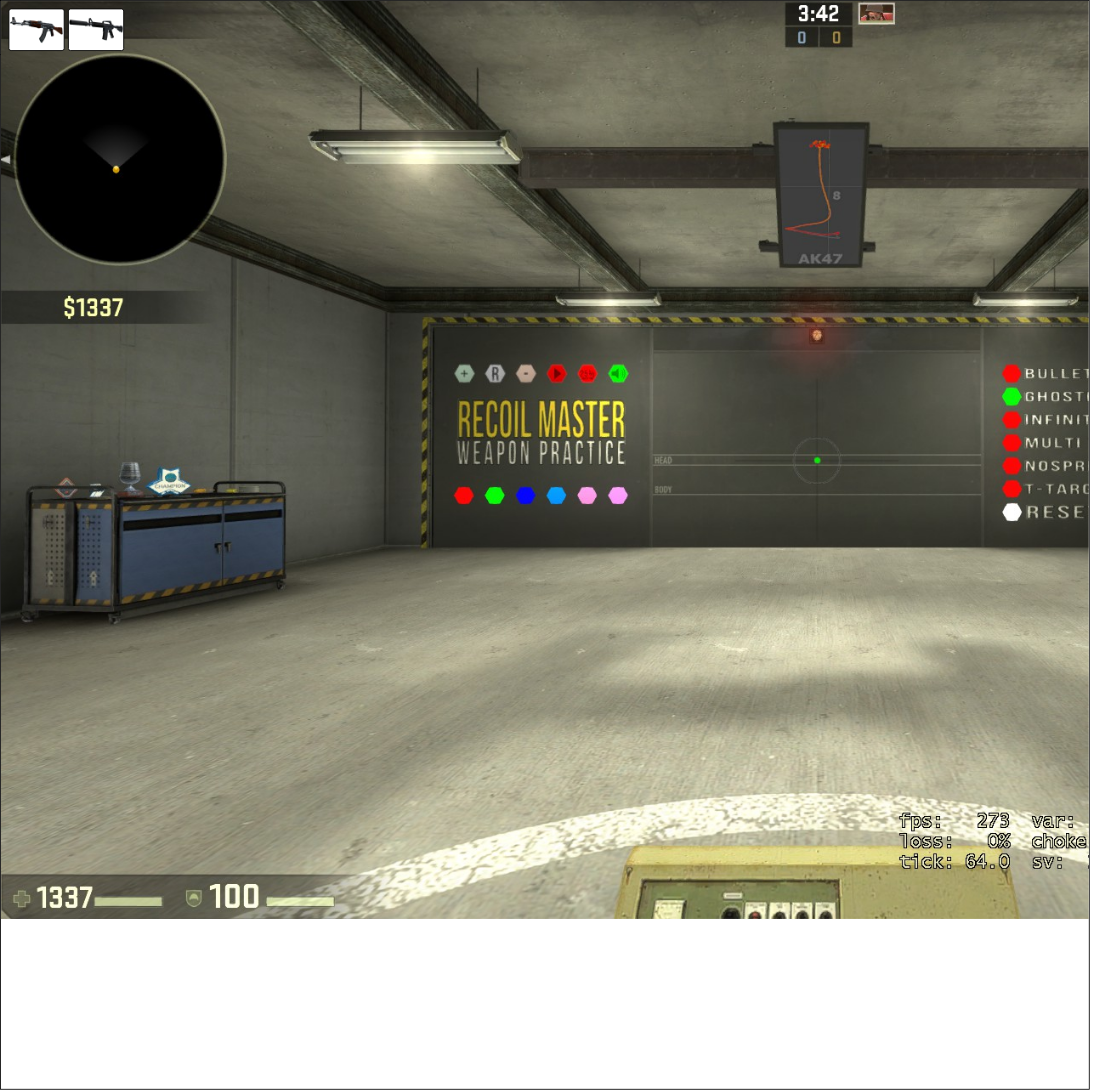
Repository: JerAguilon/GunSprayer
Page: Eclipse/SprayAndPray/index.html
The author's editor kept a copy of each file at every save. The page is drawn from the files as they stood at one save, then again after the next save.
The browser window is 1280 px wide. The page is 1282 px wide, then 1290 px, so the pictures cover 1290 px, including what lies to the right of the window. The pictures show the whole page, at 85% of full size.

Above is the page before, as saved 2015-08-01 09:26:08.

### Eclipse/SprayAndPray/index.html
<!DOCTYPE html>
<html lang = "en">

<head>
	<title>Spray and pray</title>
	<link rel="stylesheet" href="css/styles.css">
</head>

<body>
	<div>
		<img src = "images/ak47.png" class = "guns"/>
		<img src = "images/m4a1-s.png" class = "guns"/>
	</div>

	<div>
		<canvas id="canvas">Your browser doesn't support HTML5.</canvas>
	</div>

<!-- 	<form> -->

<!-- <!-- 		Sensitivity: <br> --> -->
<!-- 		<input type = "text" name = "sensitivty"/> -->
<!-- 	</form> -->

	<script type=text/javascript src ="js/main.js"></script>
	<noscript>Javascript not supported</noscript>


	<div class = "nocursor"></div>


</body>
</html>

### Eclipse/SprayAndPray/css/styles.css
body{
	margin: 0;

}.guns {
   border:1px solid #000000;
   border-radius:3px;
   width: 5%;
   height:auto;
   position:relative;
   top:10px;
   left:10px;
   z-index:2;
   background-color: #ffffff;
} canvas{
	border:1px solid #000000;
	display: block;
	position:absolute;
	top:0px;
	left:0px
	z-index:1;
} form {
	position:relative;
	top:20px;
	left:10px;
	z-index:2;
	color: #ffffff;
}

### Eclipse/SprayAndPray/js/main.js
var canvas = document.getElementById('canvas');
var context = canvas.getContext('2d');

canvas.width=window.innerWidth;
canvas.height=window.innerWidth;

make_base();
function make_base(){
	base_image = new Image();
	base_image.src = 'images/16-9.jpg';
	base_image.onload = function(){
		context.drawImage(base_image, 0,0);
	}
}



//gun data
var ak = [[0,0],[-2,0],[-18,1],[-19,2],[-29,3],[-43,3],[-58,7],[-71,11],[-79,10],[-86,4],
            [-88,-8],[-89,-17],[-92,-24],[-93,-30],[-92,-33],[-93,-33],[-96,-24],[-98,-13],[-100,-1],[-99,12],
            [-99,18],[-98,20],[-98,19],[-101,18],[-103,19],[-104,20],[-104,19],[-103,11],[-102,-3],[-97,-21]];
var akFireRate = 10;

normalizer = 1.6
for(i = 0; i < ak.length;i++){
	for(j = 0;j<2;j++){
		ak[i][j] = ak[i][j] * normalizer
	}
}

//gun shit here
var i = 0;
var radius = 3;
var firing = false;
var sensitivity = 1.2;

var currentX = null;
var currentY = null;
var originX = null;
var originY = null;


//document.body.onmousedown = function() {
//	  firing = true;
//}
//document.body.onmouseup = function() {
//	  firing = false;
//}
function onMouseUpdate(e){
	currentX = e.pageX;
	currentY = e.pageY;
}

var engage = function(e){
	firing = true;
	originX = e.pageX;
	originY = e.pageY;
	document.body.style.cursor = 'none';
}
setInterval( function() {fireBullet(currentX,currentY)}, 100 );


var fireBullet = function(x,y){
	if(firing){
		context.beginPath();
	    context.fillStyle = 'red';
		context.arc((sensitivity/2.63) * (x-originX)+originX - ak[i][1], (sensitivity/2.63) * (y-originY)+originY +ak[i][0], radius, 0, Math.PI*2);
		context.fill();
		var audio = new Audio('sounds/ak.mp3');
		audio.play();
		if(i < 29){
			i++;
		} else if (i == 29){
			i=0;
			firing = false;
			document.body.style.cursor = 'pointer';
		}
	}
}

var ceasefire = function(){
	firing = false ;
	document.body.style.cursor = 'pointer';
	i=0;

}

canvas.addEventListener('mousedown', engage);
canvas.addEventListener('mousemove', onMouseUpdate);
canvas.addEventListener('mouseup',ceasefire);

After the next save:
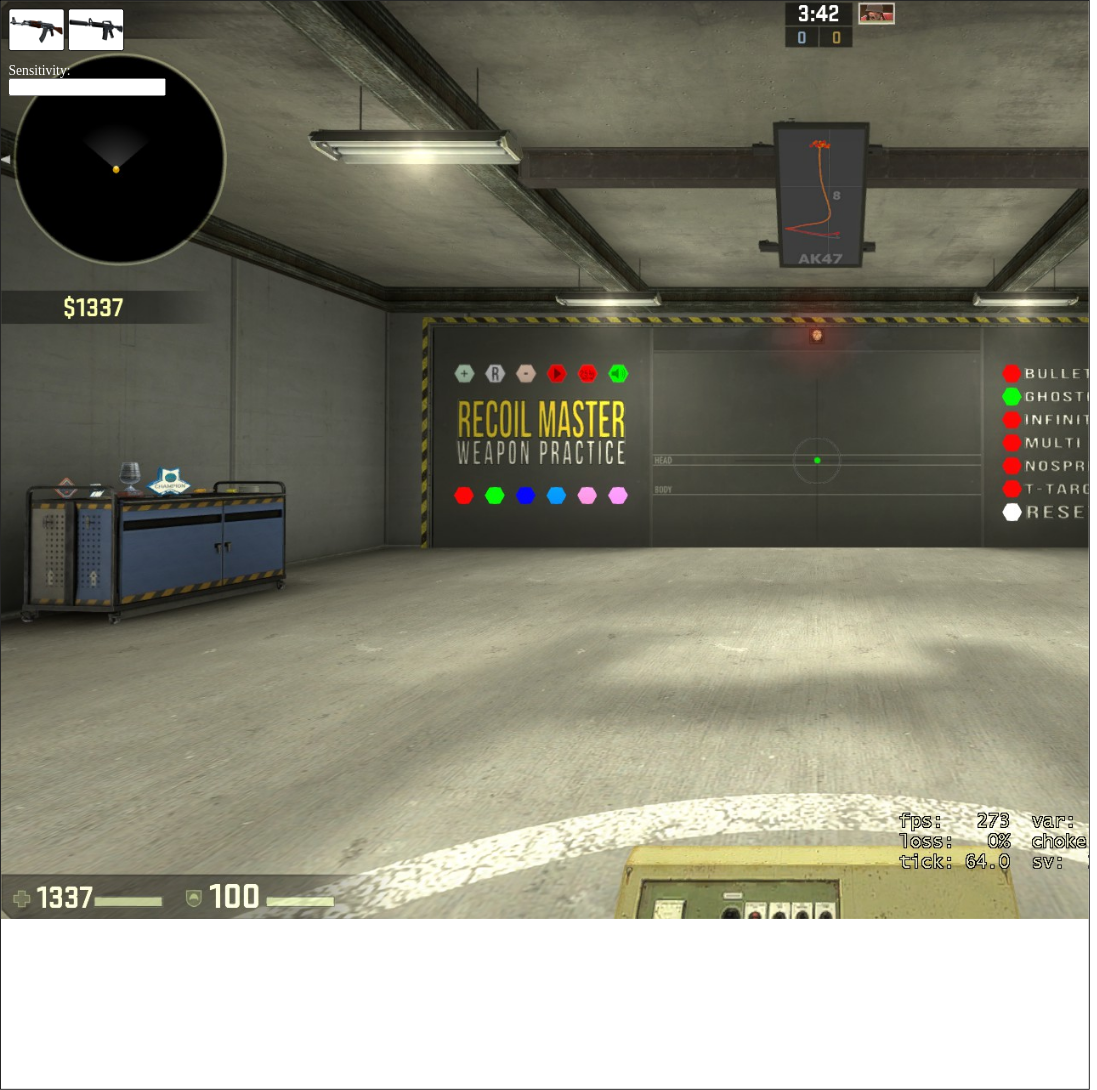
Saved 74 s later.
--- a/Eclipse/SprayAndPray/index.html
+++ b/Eclipse/SprayAndPray/index.html
@@ -16,11 +16,11 @@
 		<canvas id="canvas">Your browser doesn't support HTML5.</canvas>
 	</div>
 
-<!-- 	<form> -->
+	<form>
 
-<!-- <!-- 		Sensitivity: <br> --> -->
-<!-- 		<input type = "text" name = "sensitivty"/> -->
-<!-- 	</form> -->
+ 		Sensitivity: <br>
+		<input type = "text" name = "sensitivty"/>
+	</form>
 
 	<script type=text/javascript src ="js/main.js"></script>
 	<noscript>Javascript not supported</noscript>
